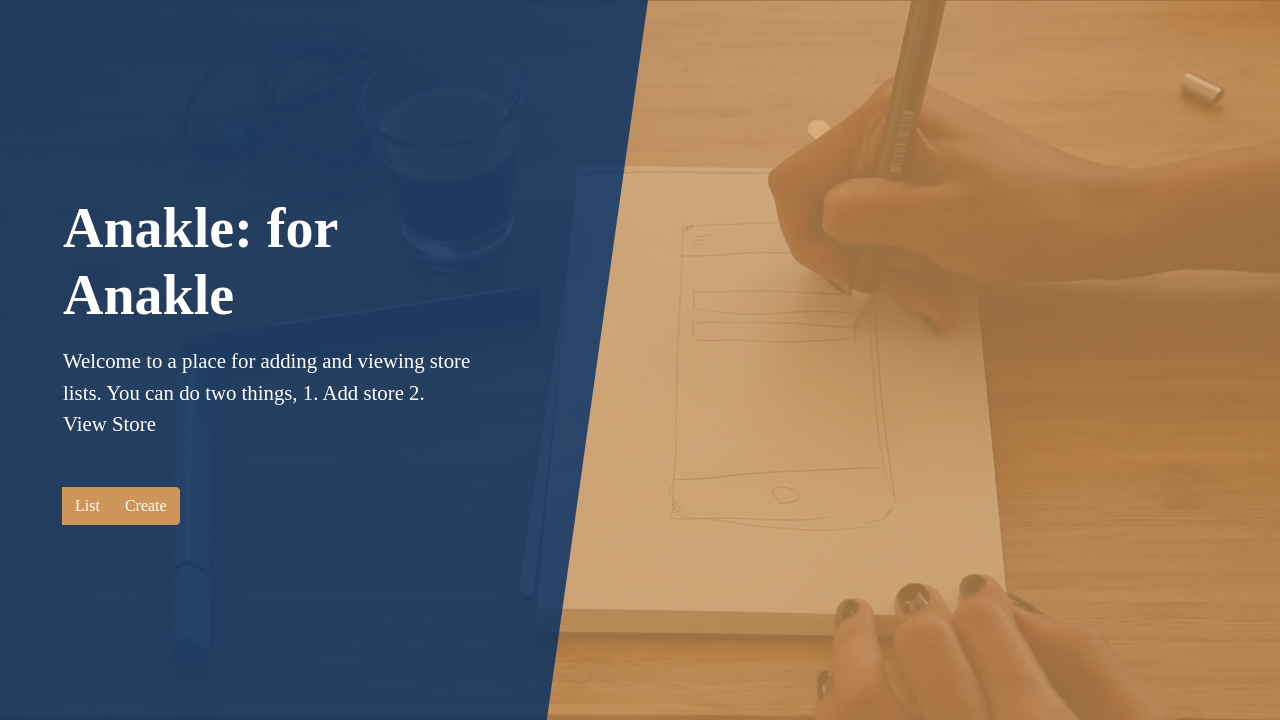
Repository: Guruscode/mega-list
Page: http://localhost/
These files come from the project's save history. The page is drawn as it stood at one moment and after the next save; the edit follows.
The browser window is 1280 px wide. The pictures show the whole page.
Some web fonts or font styles are not loaded; a fallback is used. The page is run by PHP 8.4 with error messages shown; the project is at /var/www/html/.

Above is the page before, as saved 2018-02-22 14:44:40.
Console error: TypeError: Cannot read properties of undefined (reading 'fn')

After the next save:
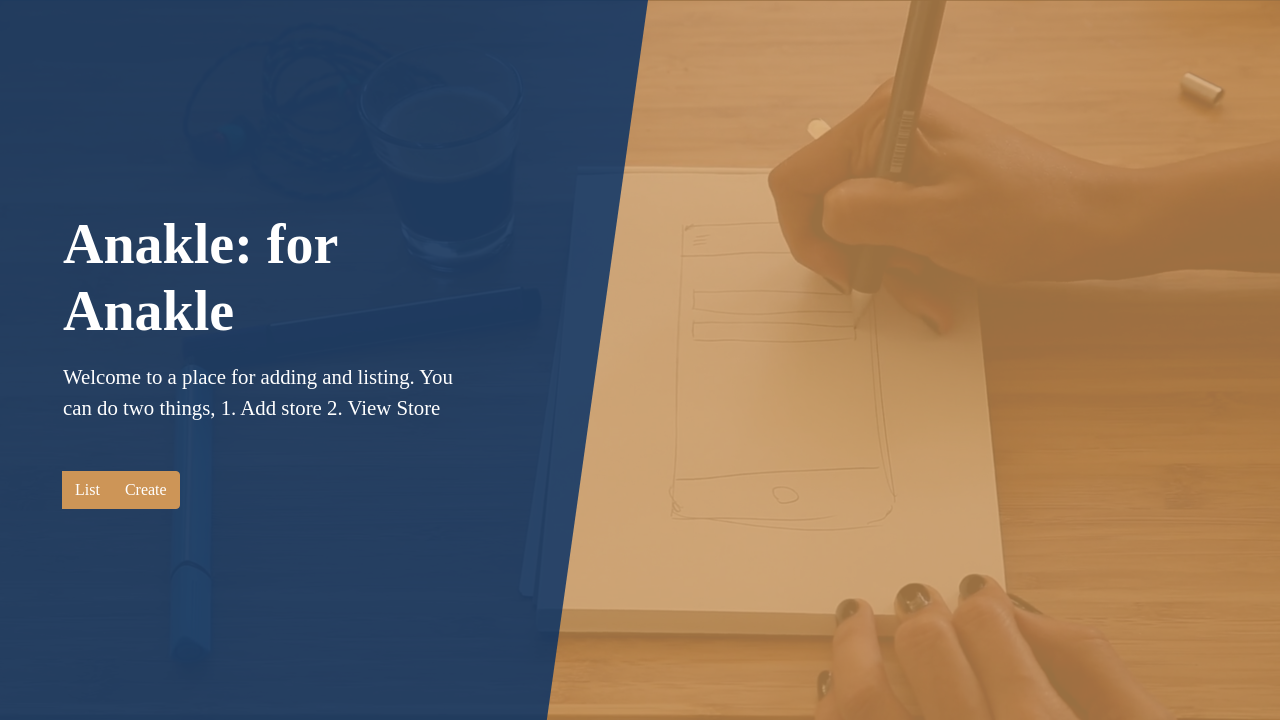
Saved 10 s later.
--- a/index.php
+++ b/index.php
@@ -23,7 +23,7 @@
             <div class="col-12 my-auto">
                 <div class="masthead-content text-white py-5 py-md-0">
                 <h1 class="mb-3">Anakle: for Anakle</h1>
-                <p class="mb-5">Welcome to a place for adding and viewing store lists. You can do two things, 1. Add store 2. View Store</p>
+                <p class="mb-5">Welcome to a place for adding and listing. You can do two things, 1. Add store 2. View Store</p>
                 <div class="input-group input-group-newsletter">
 
                     <div class="input-group-append pull-center">
